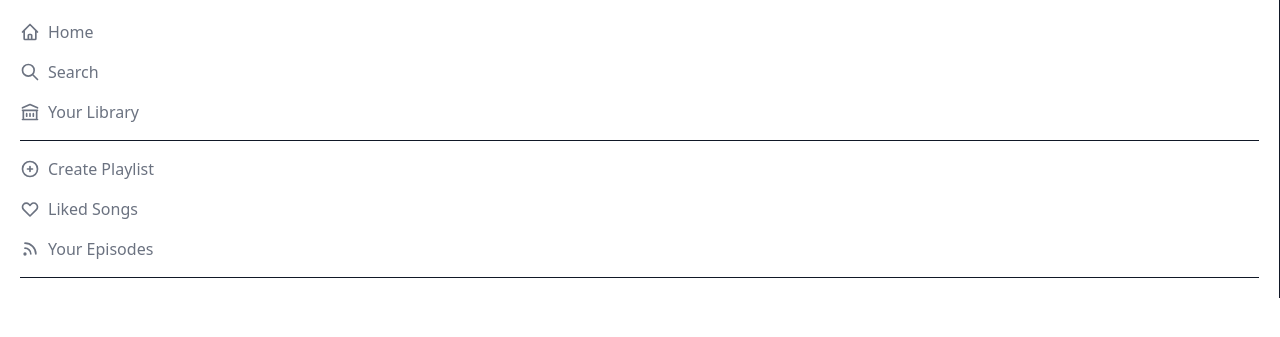
Repository: SehajBindra/Spotify-clone
Page: /
The author's editor kept a copy of each file at every save. The page is drawn from the files as they stood at one save, then again after the next save.
The browser window is 1280 px wide. The pictures show the whole page.
The project was rebuilt for these pictures with package versions that can differ from the ones it lists, and the page was loaded fresh each time. The framework's server and built-in components were replaced by stand-ins that run in the browser. Also part of the build but not shown: next.config.js, styles/Home.module.css.

Above is the page before, as saved 2022-07-08 16:09:59.

After the next save:
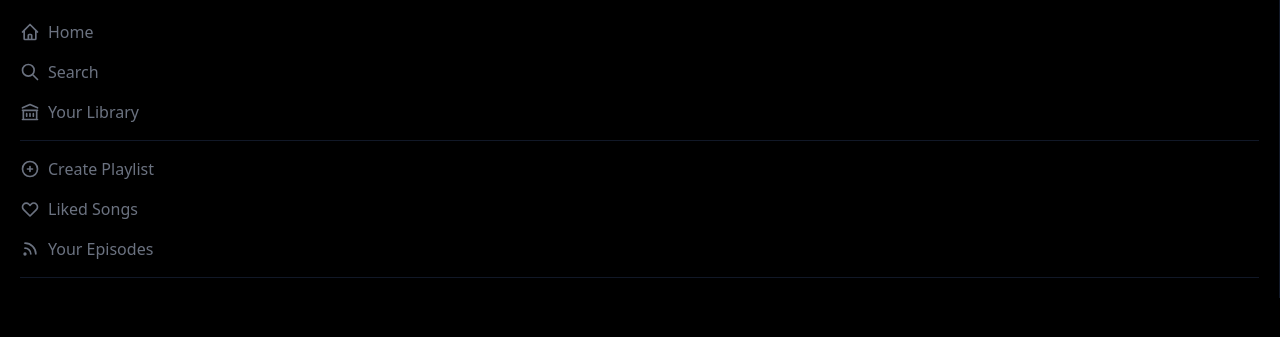
Saved 3 min 38 s later.
--- a/pages/index.js
+++ b/pages/index.js
@@ -11,7 +11,7 @@ export default function Home() {
         <link rel="icon" href="/favicon.ico" />
       </Head>
 
-      <main>
+      <main className=" bg-black h-screen overflow-hidden">
         <Sidebar />
         {/* center */}
       </main>
